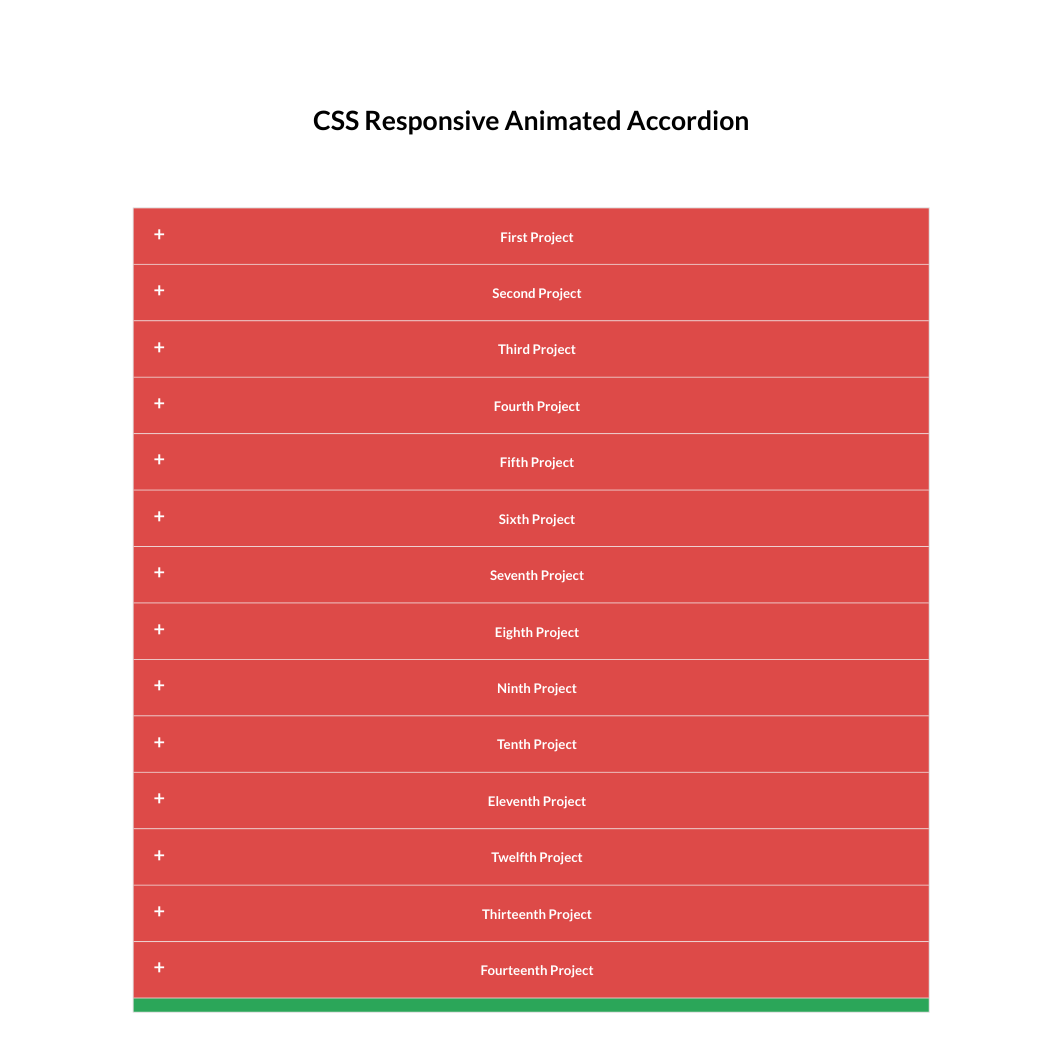
Repository: Imprasna/personalperform
Page: index.html
These files come from the project's save history. The page is drawn as it stood at one moment and after the next save; the edit follows.
The browser window is 1280 px wide. The pictures show the whole page, at 83% of full size.
The style sheet was rebuilt from its Sass, Less or Tailwind sources for each picture, by a compiler version that may differ from the author's.

Above is the page before, as saved 2021-12-30 22:38:32.

After the next save:
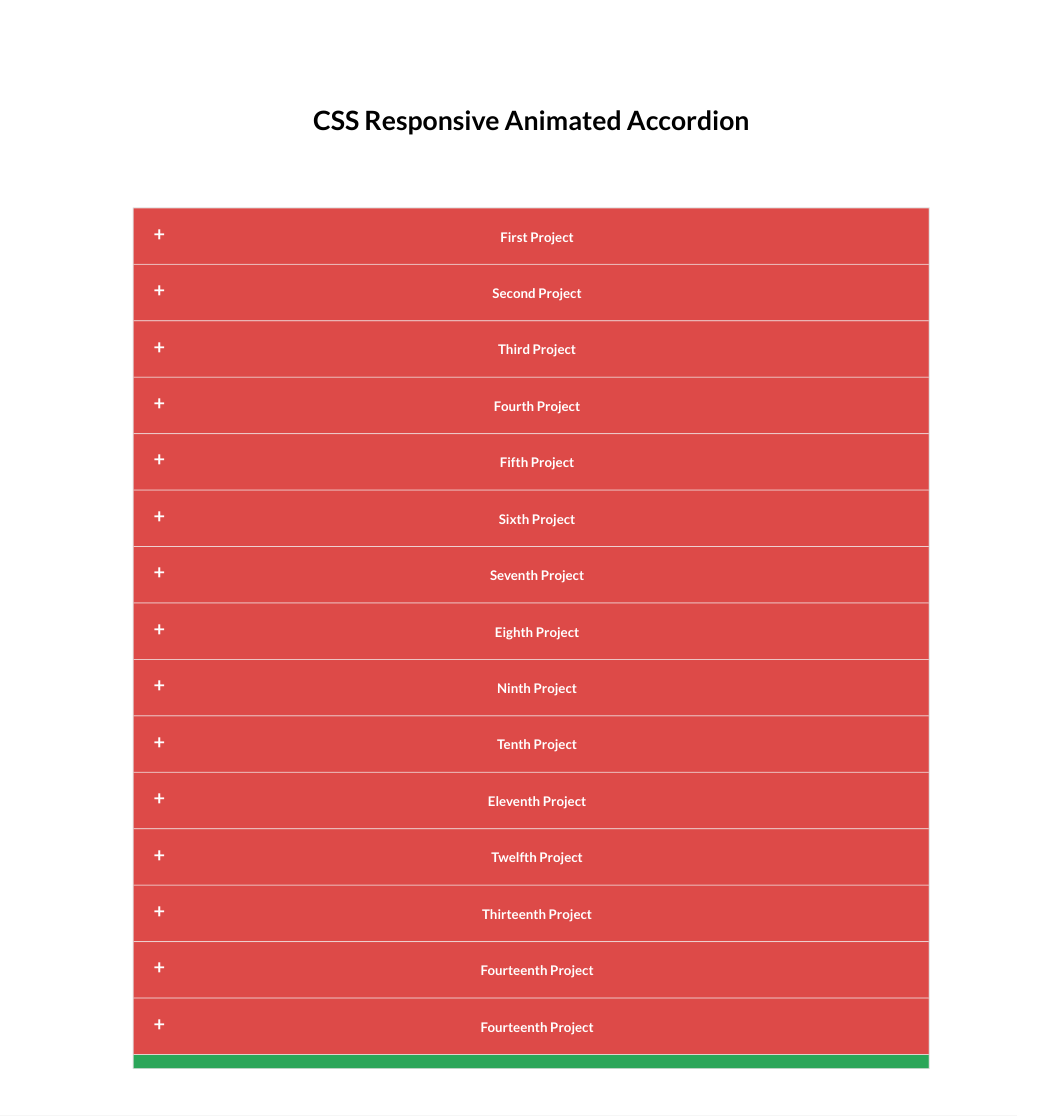
Saved 5 s later.
--- a/index.html
+++ b/index.html
@@ -206,6 +206,20 @@
                     </p>
                 </dd>
 
+                <dt>
+                    <a href="#accordion3" aria-expanded="false" aria-controls="accordion3"
+                        class="accordion-title accordionTitle js-accordionTrigger">
+                        Fourteenth Project
+                    </a>
+                </dt>
+                <dd class="accordion-content accordionItem is-collapsed" id="accordion3" aria-hidden="true">
+                    <p>Project Name : Bio-enercon.</p>
+                    <p>No. of Days: 18 Days.</p>
+                    <p>ToolS Used: Webflow.</p>
+                    <p>The time I joined the Company, this has been the first project that has been handed to me. Since I had no touch to whatever I learnt previously. It took me nearly 6 months and also due to the delay of contents from the client it took me so long in getting this project completed.
+                    </p>
+                </dd>
+
             </dl>
         </div>
     </div>
